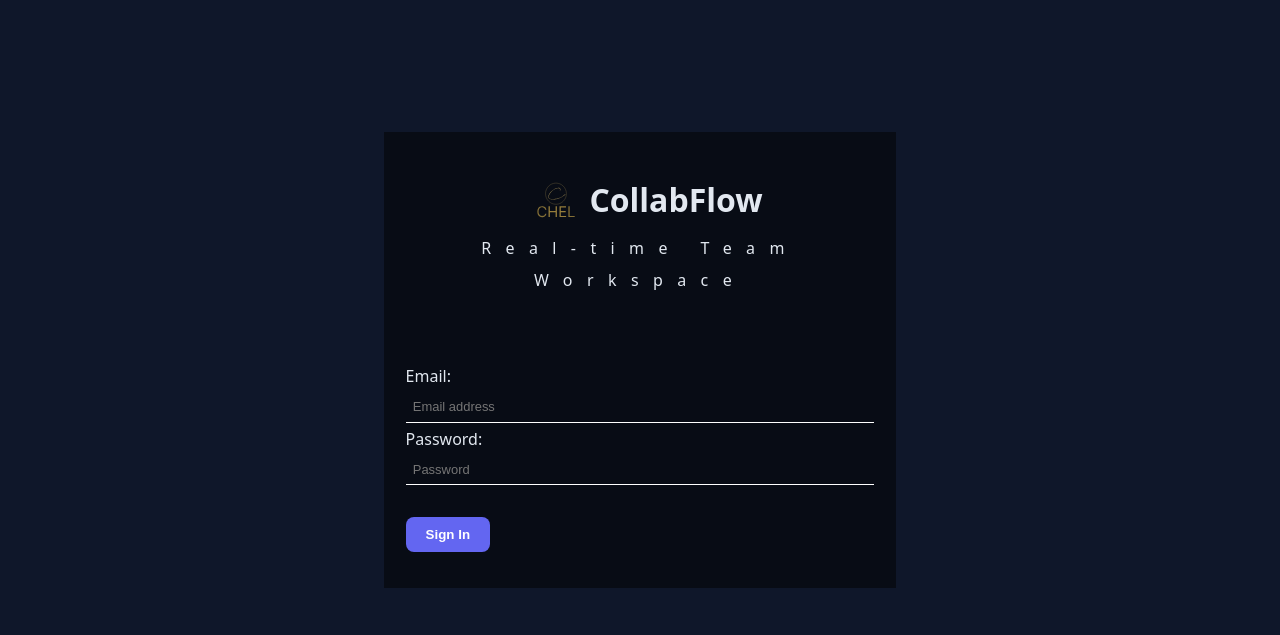
Repository: Lovethrech/collabflow
Page: /
These files come from the project's save history. The page is drawn as it stood at one moment and after the next save; the edit follows.
The browser window is 1280 px wide. The pictures show the whole page.
The project was rebuilt for these pictures with package versions that can differ from the ones it lists, and the page was loaded fresh each time. The framework's server and built-in components were replaced by stand-ins that run in the browser. Also part of the build but not shown: nuxt.config.ts.

Above is the page before, as saved 2026-05-20 19:44:00.

### app/assets/css/main.css
:root {
    --primary: #6366f1;
    --primary-dark: #4f46e5;
    --bg: #0f172a;
    --card: #1e2937;
    --card-hover: #334155;
    --text: #e2e8f0;
    --text-light: #94a3b8;
    --border: #475569;
}

* {
    margin: 0;
    padding: 0;
    box-sizing: border-box;
    outline: 0;
    text-decoration: none;
}

body {
    font-family: system-ui, -apple-system, BlinkMacSystemFont, 'Segoe UI', Roboto, sans-serif;
    background-color: var(--bg);
    color: var(--text);
    line-height: 2;
}

#app{
    min-height: 100vh;
}

.container {
    max-width: 1280px;
    margin: 0 auto;
    padding: 0 20px;
}

/* Basic button styles */
.btn {
    padding: 10px 20px;
    border: none;
    border-radius: 8px;
    font-weight: 600;
    cursor: pointer;
    transition: all 0.2s;
}

.btn-primary {
    background: var(--primary);
    color: white;
}

.btn-primary:hover {
    background: var(--primary-dark);
}

.flex-center-center{
    display: flex;
    place-items: center;
    justify-content: center;
}
.flex-row{
    display: flex;
    flex-direction: row;
}
.flex-column{
    display: flex;
    flex-direction: column;
}
.full-width-height{
    width: 100%;
    height: 100vh;
}

### app/app.vue
<script setup>
useHead({
  meta: [
    { name: 'viewport', content: 'width=device-width, initial-scale=1' }
  ],
  link: [
    { rel: 'icon', href: '/favicon.ico' }
  ],
  htmlAttrs: {
    lang: 'en'
  }
})

const title = 'Chel CollabFlow'
const description = ''

useSeoMeta({
  title,
  description,
  ogTitle: title,
  ogDescription: description,
  ogImage: 'https://ui.nuxt.com/assets/templates/nuxt/starter-light.png',
  twitterCard: 'summary_large_image'
})
</script>

<template>
  <div id="app">
      <main>
        <NuxtPage />
      </main>
  </div>
</template>

### app/pages/index.vue
<script setup>
const title = 'Auth | Chel CollabFlow'
const description = ''

useSeoMeta({
    title,
    description
})
</script>

<template>
    <div class="auth-page flex-center-center">
        <div class="auth-card">
            <div class="auth-title-ctn flex-row">
                <img src="/ChelModernLogo.svg" alt="">
                <h1>CollabFlow</h1>
            </div>
            <p class="title-desc">
                Real-time Team Workspace
            </p>
            <br/>
            <br/>
            <form @submit.prevent="">
                <div class="auth-form-label-and-input-ctn flex-column">
                    <label for="email">
                        Email:
                    </label>
                    <input
                        v-model="email"
                        type="email"
                        placeholder="Email address"
                        requires
                    />
                </div>
                <div class="auth-form-label-and-input-ctn flex-column">
                    <label for="password">
                        Password:
                    </label>
                    <input
                        v-model="password"
                        type="password"
                        placeholder="Password"
                        requires
                    />
                </div>
                <br/>
                <button type="submit" class="btn btn-primary" :disabled="loading">
                    {{loading? "Signing in ..." : "Sign In"}}
                </button>
            </form>
        </div>
    </div>
</template>

<style scoped>
.auth-page{
    width: 100%;
    height: 100vh;
}
.auth-card{
    background-color: #0000007e;
    width: 40%;
    padding: 5vh 3vh;
}
.auth-title-ctn{
    justify-content: center;
}
.title-desc{
    text-align: center;
    letter-spacing: 2vh;
}
.auth-title-ctn img{
    width: 10vh;
}
.auth-form-label-and-input-ctn input{
    background-color: transparent;
    color: #ffffff;
    padding: 1vh;
    font-size: 1.8vh;
    border:0;
    border-bottom: 0.1vh solid #ffffff;
}
</style>

After the next save:
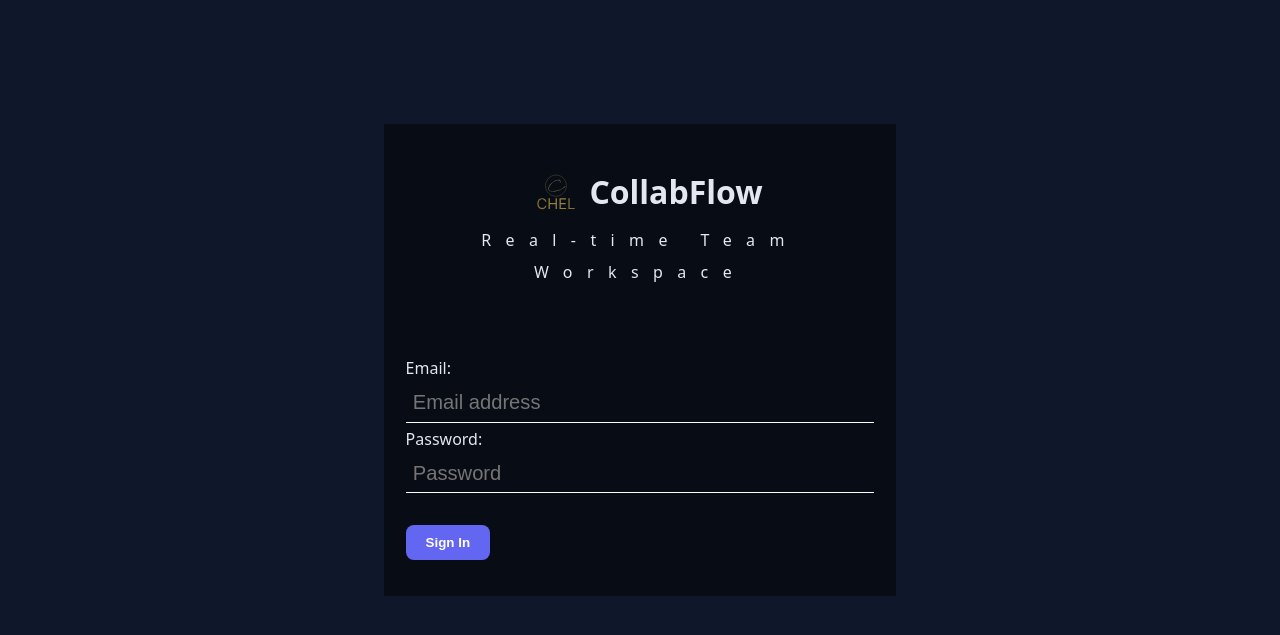
Saved 4 s later.
--- a/app/pages/index.vue
+++ b/app/pages/index.vue
@@ -76,7 +76,7 @@
     background-color: transparent;
     color: #ffffff;
     padding: 1vh;
-    font-size: 1.8vh;
+    font-size: 2.8vh;
     border:0;
     border-bottom: 0.1vh solid #ffffff;
 }
